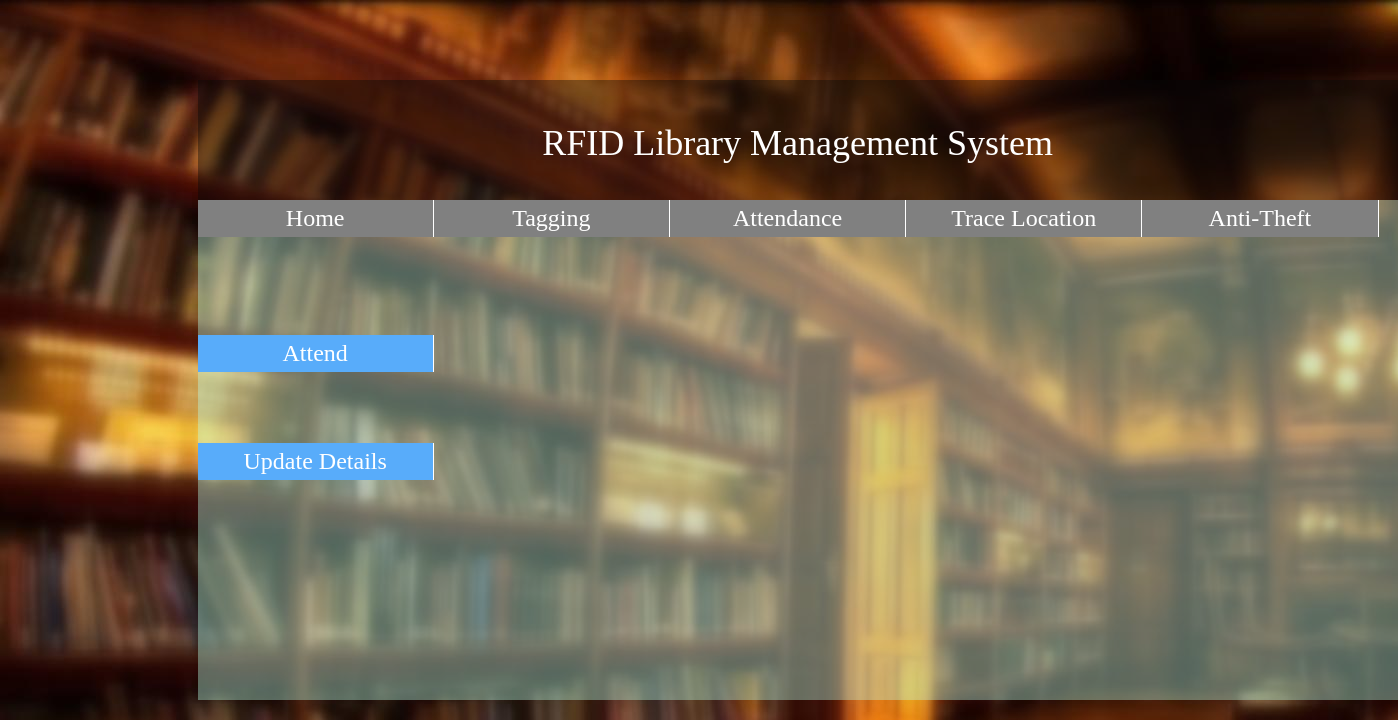
Repository: vigineshs/A-Smart-Data-Analyzer-for-Library-Management-System
Page: http://localhost/librarymgmt/attend.jsp
These files come from the project's save history. The page is drawn as it stood at one moment and after a run of saves; the edit follows.
The browser window is 1280 px wide. The page is 1398 px wide, so the pictures cover 1398 px, including what lies to the right of the window. The pictures show the whole page.
The page is served by Tomcat 9.

Above is the page before, as saved 2013-02-11 16:07:40.

After the next 2 saves:
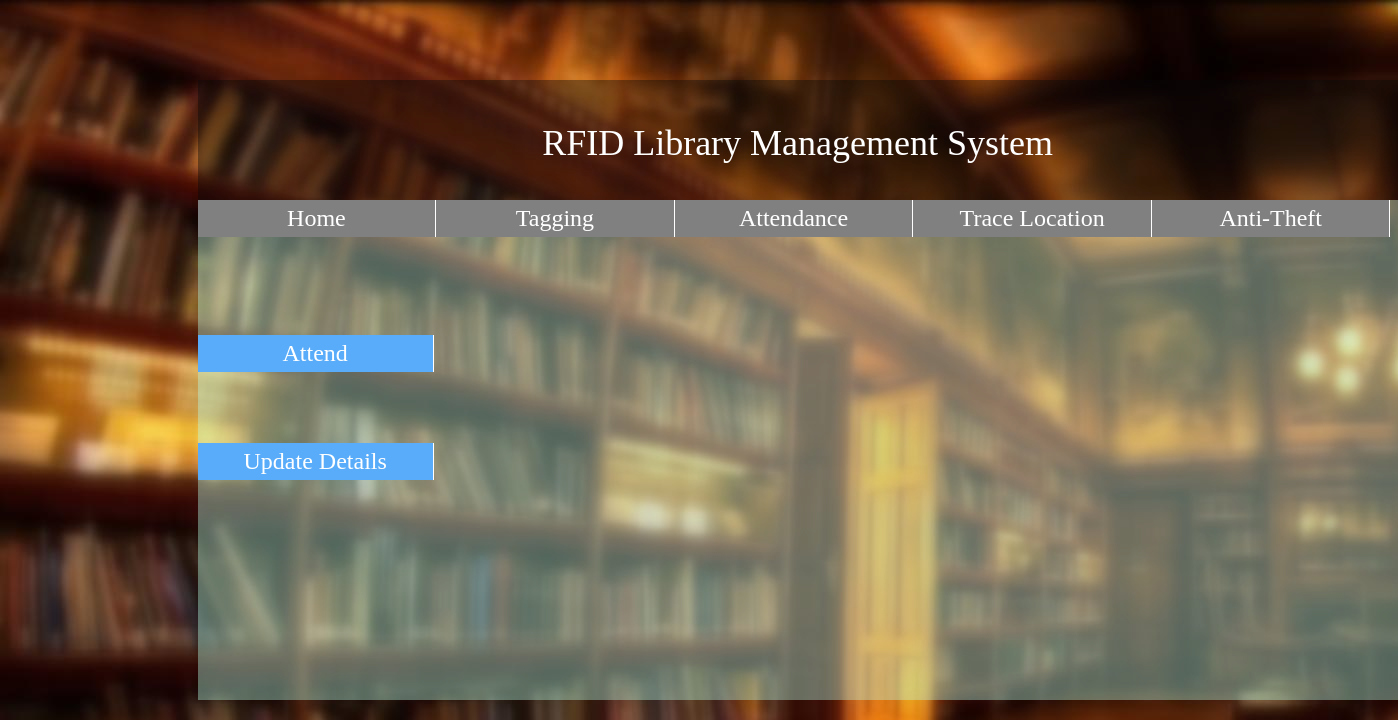
The 2 saves are shown as one change because they came seconds apart.
The last was saved 9 s later.
--- a/PassiveRFID/CS203-Version 1.0.6/Demo Applications/Dot Net C#/Demo Applications Source Code/RFID/librarymgmt/WebContent/page.css
+++ b/PassiveRFID/CS203-Version 1.0.6/Demo Applications/Dot Net C#/Demo Applications Source Code/RFID/librarymgmt/WebContent/page.css
@@ -20,7 +20,7 @@
 ul a
 {
 float:left;
-width:8em;
+width:8.1em;
 text-decoration:none;
 text-align:center;
 color:white;

After the save that followed:
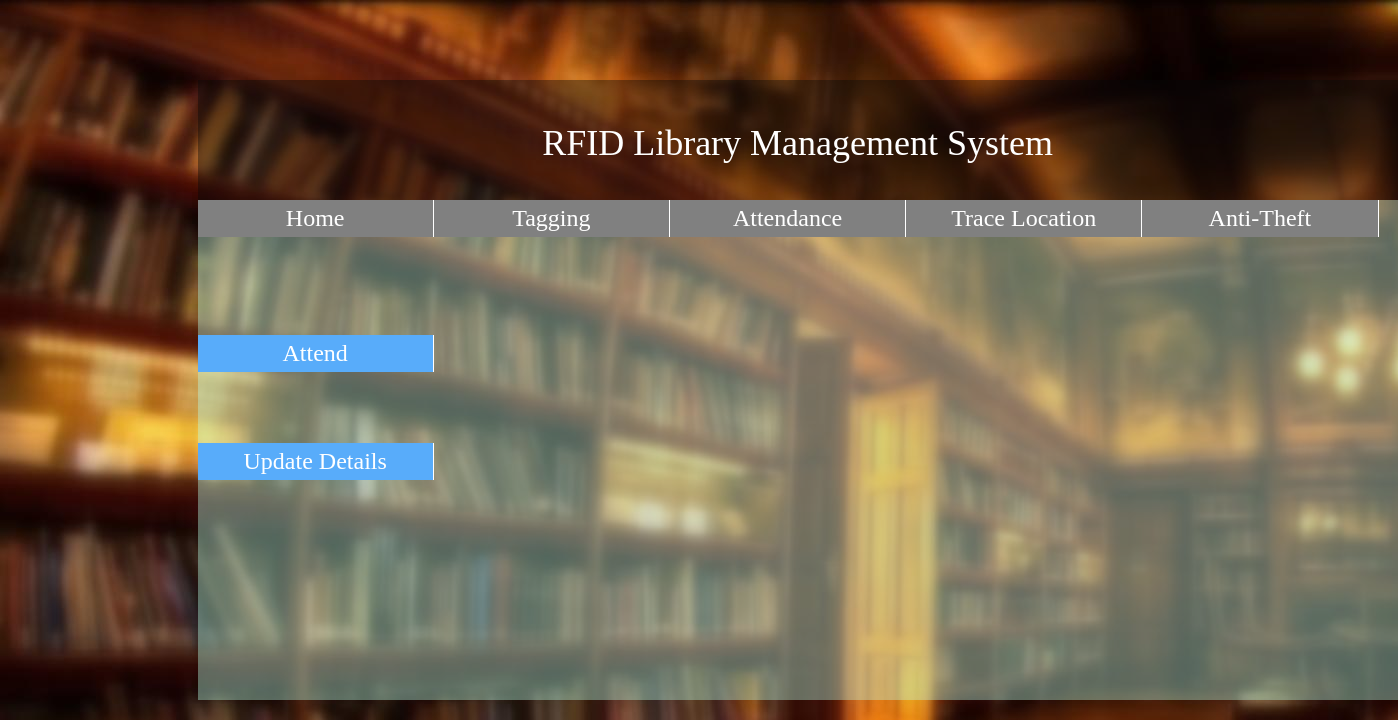
Saved 5 s later.
--- a/PassiveRFID/CS203-Version 1.0.6/Demo Applications/Dot Net C#/Demo Applications Source Code/RFID/librarymgmt/WebContent/page.css
+++ b/PassiveRFID/CS203-Version 1.0.6/Demo Applications/Dot Net C#/Demo Applications Source Code/RFID/librarymgmt/WebContent/page.css
@@ -20,7 +20,7 @@
 ul a
 {
 float:left;
-width:8.1em;
+width:8em;
 text-decoration:none;
 text-align:center;
 color:white;
